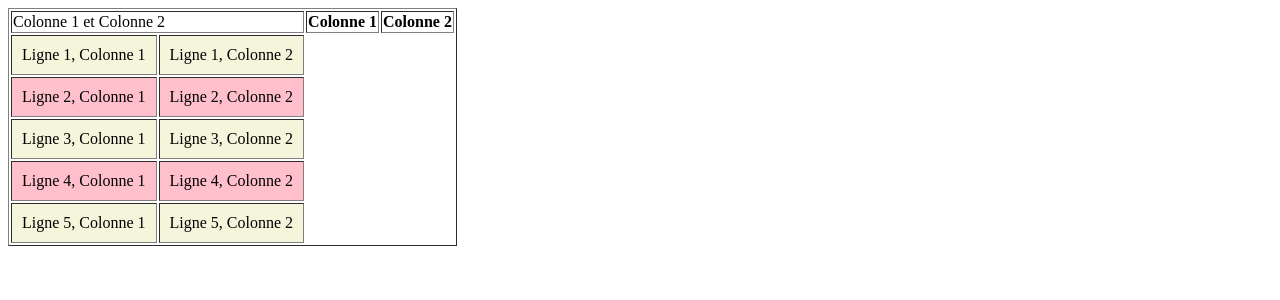
Repository: Chaimaa482/web-tp4
Page: ex1.html
These files come from the project's save history. The page is drawn as it stood at one moment and after the next save; the edit follows.
The browser window is 1280 px wide. The pictures show the whole page.

Above is the page before, as saved 2023-10-22 15:42:15.

### ex1.html
<!DOCTYPE html>
<html>
<head>
</head>
<body>
    <table id="myTable" border="1">
        <tr>
            <th>Colonne 1</th>
            <th>Colonne 2</th>
        </tr>
        <tr>
            <td>Ligne 1, Colonne 1</td>
            <td>Ligne 1, Colonne 2</td>
        </tr>
        <tr>
            <td>Ligne 2, Colonne 1</td>
            <td>Ligne 2, Colonne 2</td>
        </tr>
        <tr>
            <td>Ligne 3, Colonne 1</td>
            <td>Ligne 3, Colonne 2</td>
        </tr>
        <tr>
            <td>Ligne 4, Colonne 1</td>
            <td>Ligne 4, Colonne 2</td>
        </tr>
        <tr>
            <td>Ligne 5, Colonne 1</td>
            <td>Ligne 5, Colonne 2</td>
        </tr>
    </table>

    <script>
        var table = document.getElementById("myTable");
        var cells = table.getElementsByTagName("td");


    var firstRow = table.rows[0];
    var firstCell = firstRow.insertCell(0);
    firstCell.innerHTML = "Colonne 1 et Colonne 2";
    firstCell.colSpan = 2;


        // Donner une couleur de fond rose aux lignes paires et beige aux lignes impaires
        var rows = table.querySelectorAll("tr");
        for (var i = 1; i < rows.length; i++) {
            if (i % 2 === 0) {
                rows[i].style.backgroundColor = "pink";
            } else {
                rows[i].style.backgroundColor = "beige";
            }
        }

        // Donner une classe col1 aux colonnes paires et col2 aux colonnes impaires
        var cellsCol1 = table.getElementsByClassName("col1");
        var cellsCol2 = table.getElementsByClassName("col2");
        for (var i = 0; i < cells.length; i++) {
            if (i % 2 === 0) {
                cells[i].className = "col1";
            } else {
                cells[i].className = "col2";
            }
        }

        // Augmenter le padding de toutes les cellules sauf celles de la première ligne
        for (var i = 1; i < cells.length; i++) {
            cells[i].style.padding = "10px";
        }
    </script>
</body>
</html>

After the next save:
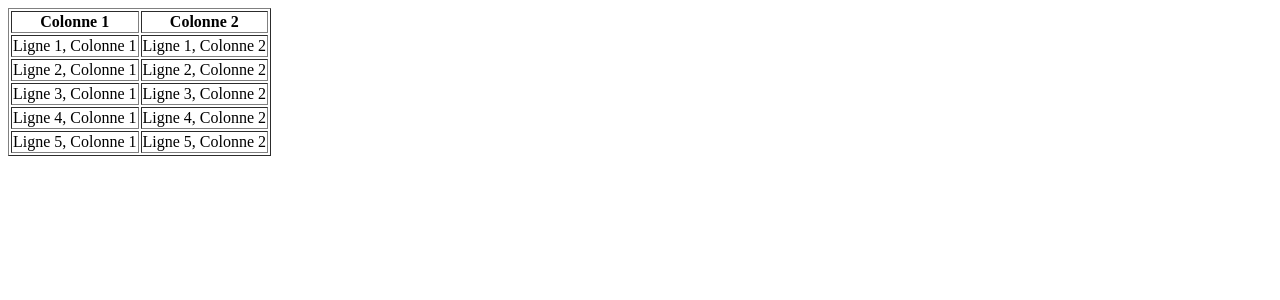
Console error: ReferenceError: firstRow is not defined
Saved 15 s later.
--- a/ex1.html
+++ b/ex1.html
@@ -35,7 +35,7 @@
         var cells = table.getElementsByTagName("td");
 
 
-    var firstRow = table.rows[0];
+    //var firstRow = table.rows[0];
     var firstCell = firstRow.insertCell(0);
     firstCell.innerHTML = "Colonne 1 et Colonne 2";
     firstCell.colSpan = 2;

After the 4 saves that followed:
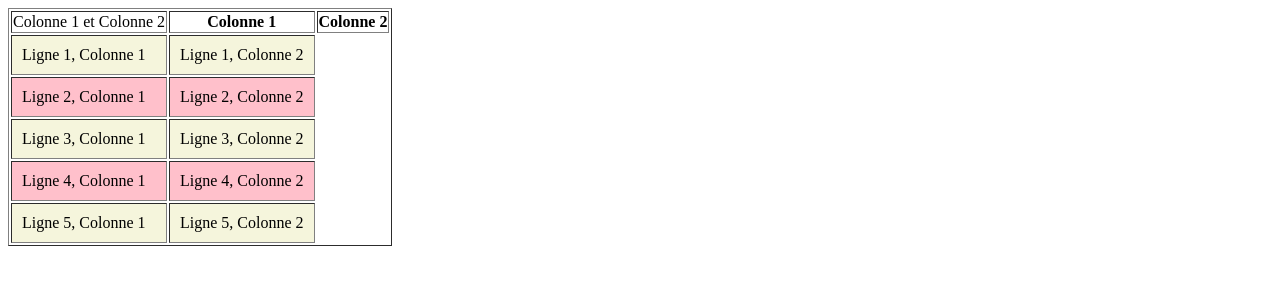
The error is gone.
The 4 saves are shown as one change because they came seconds apart.
The last was saved 11 s later.
--- a/ex1.html
+++ b/ex1.html
@@ -35,10 +35,10 @@
         var cells = table.getElementsByTagName("td");
 
 
-    //var firstRow = table.rows[0];
+    var firstRow = table.rows[0];
     var firstCell = firstRow.insertCell(0);
     firstCell.innerHTML = "Colonne 1 et Colonne 2";
-    firstCell.colSpan = 2;
+    //firstCell.colSpan = 2;
 
 
         // Donner une couleur de fond rose aux lignes paires et beige aux lignes impaires
